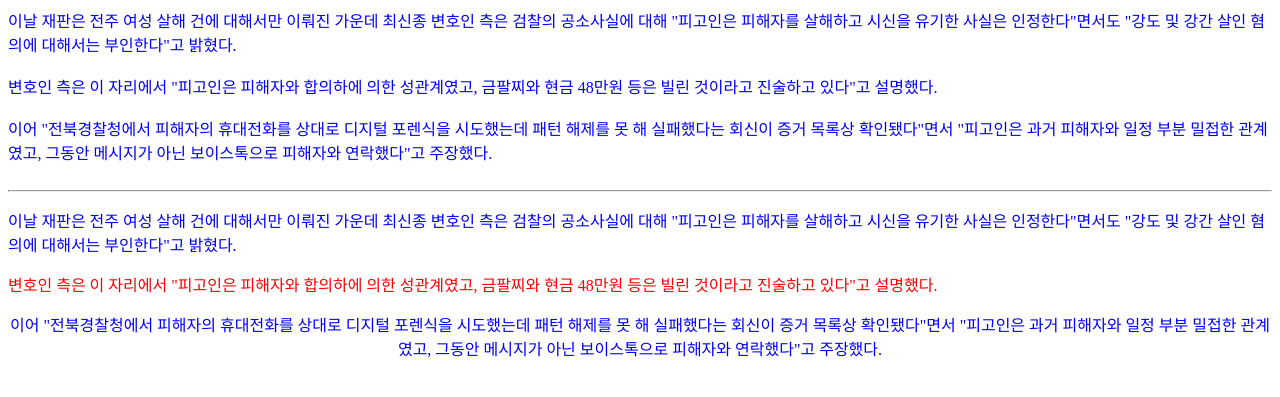
Repository: Chun0903/classStudy_github.io
Page: client/ClientTest/WebContent/ex06_p.html
An editor plug-in stored every save of this project. The page is shown before and after the next save, followed by the edit.
The browser window is 1280 px wide. The pictures show the whole page.

Above is the page before, as saved 2020-06-18 08:20:17.

After the next save:
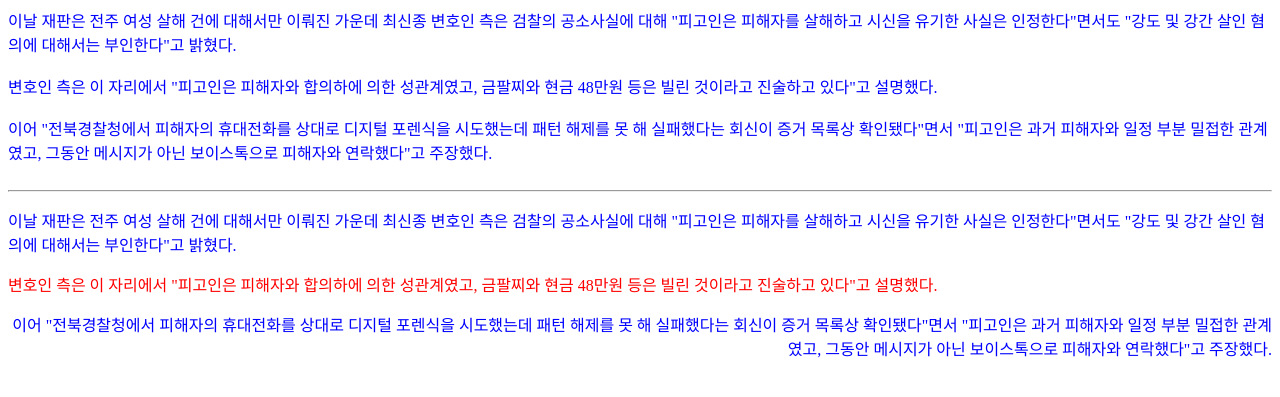
Saved 15 s later.
--- a/client/ClientTest/WebContent/ex06_p.html
+++ b/client/ClientTest/WebContent/ex06_p.html
@@ -43,7 +43,7 @@
 	-->
 
 
-	<p align="center">이어 "전북경찰청에서 피해자의 휴대전화를 상대로 디지털 포렌식을 시도했는데 패턴 해제를 못 해 실패했다는 회신이 증거 목록상 확인됐다"면서 "피고인은 과거 피해자와 일정 부분 밀접한 관계였고,
+	<p align="right">이어 "전북경찰청에서 피해자의 휴대전화를 상대로 디지털 포렌식을 시도했는데 패턴 해제를 못 해 실패했다는 회신이 증거 목록상 확인됐다"면서 "피고인은 과거 피해자와 일정 부분 밀접한 관계였고,
 그동안 메시지가 아닌 보이스톡으로 피해자와 연락했다"고 주장했다.</p>
 
 
